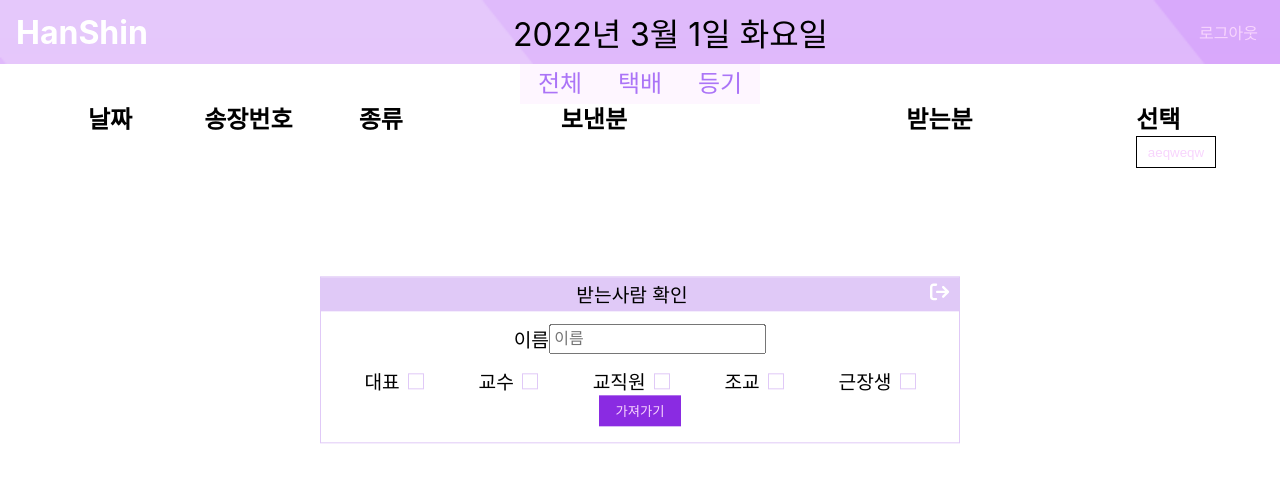
Repository: SeungYn/hanshinClient
Page: /, after clicking the first element matching `button.package_d2e76_submitBtn`
These files come from the project's save history. The page is drawn as it stood at one moment and after the next save; the edit follows.
The browser window is 1280 px wide. The pictures show the whole page.
The page's requests for data from a server got no answer. The project was rebuilt for these pictures with package versions that can differ from the ones it lists, and the page was loaded fresh each time. No one was signed in, and anything a server would have sent is missing. Also part of the build but not shown: src/App.css, src/components/item/item.jsx, src/components/addboxs/addBoxs.jsx.

Above is the page before, as saved 2022-03-01 02:55:45.

### public/index.html
<!DOCTYPE html>
<html lang="en">
  <head>
    <meta charset="utf-8" />
    <link rel="icon" href="%PUBLIC_URL%/favicon.ico" />
    <meta name="viewport" content="width=device-width, initial-scale=1" />
    <meta name="theme-color" content="#000000" />
    <meta
      name="description"
      content="Web site created using create-react-app"
    />
  </head>
  <body>
    <div id="root"></div>
  </body>
</html>

### src/index.css
html {
  height: 100%;
}
body {
  margin: 0;
  font-family: -apple-system, BlinkMacSystemFont, 'Segoe UI', 'Roboto', 'Oxygen',
    'Ubuntu', 'Cantarell', 'Fira Sans', 'Droid Sans', 'Helvetica Neue',
    sans-serif;
  -webkit-font-smoothing: antialiased;
  -moz-osx-font-smoothing: grayscale;
  height: 100%;
}
h1 {
  margin: 0;
}
code {
  font-family: source-code-pro, Menlo, Monaco, Consolas, 'Courier New',
    monospace;
}

* {
  box-sizing: border-box;
}
p,
h2 {
  margin: 0;
  padding: 0;
}

ul {
  list-style: none;
  margin: 0;
  padding: 0;
}

### src/App.jsx
import './App.css';
import Header from './components/header/header';
import Package from './components/package/package';
import { Route, Routes } from 'react-router-dom';
import AddBoxs from './components/addboxs/addBoxs';
function App() {
  return (
    <div className='app'>
      <Header />
      <Routes>
        <Route exact path='/' element={<Package />} />
        <Route exact path='/add' element={<AddBoxs />} />
      </Routes>
    </div>
  );
}

export default App;

### src/components/header/header.jsx
import React, { useEffect, useState } from 'react';
import styles from './header.module.css';

const Header = (props) => {
  const [date, setDate] = useState(new Date());
  const [month, setMonth] = useState('');
  const [year, setYear] = useState('');
  const [day, setDay] = useState('');
  const [dates, setDates] = useState('');

  useEffect(() => {
    setMonth(date.getMonth() + 1);
    switch (date.getDay()) {
      case 0:
        setDay('일');
        break;
      case 1:
        setDay('월');
        break;
      case 2:
        setDay('화');
        break;
      case 3:
        setDay('수');
        break;
      case 4:
        setDay('목');
        break;
      case 5:
        setDay('금');
        break;
      case 6:
        setDay('토');
        break;
    }
    setYear(date.getFullYear());
    setDates(date.getDate());
  }, [date, month, year, dates, day]);

  return (
    <header className={styles.headers}>
      <h1 className={styles.title}>HanShin</h1>
      <p
        className={styles.day}
      >{`${year}년 ${month}월 ${dates}일 ${day}요일`}</p>
      <nav className={styles.menu}>
        <button className={styles.menu__item}>로그아웃</button>
      </nav>
    </header>
  );
};

export default Header;

### src/components/package/package.jsx
import React, { useEffect, useState } from 'react';
import Item from '../item/item';
import ReceiverInput from '../receiverInput/receiverInput';
import styles from './package.module.css';

const Package = (props) => {
  const [item, setItem] = useState([]);

  const [selectedPackages, setSelectedPackages] = useState([]);
  const [receiverInputActivate, setReceiverInputActivate] = useState(false);

  const addList = (box) => {
    //축약 : setSelectedPackages([...selectedPackages, box]);
    const list = [...selectedPackages, box];
    setSelectedPackages(list);
  };

  const removeList = (box) => {
    const list = selectedPackages.filter((item) => {
      if (item.boxId !== box.boxId) {
        return item;
      }
    });

    setSelectedPackages(list);
  };

  const onSubmit = () => {
    console.log(selectedPackages);
    setReceiverInputActivate(true);
  };

  useEffect(() => {
    fetch('http://localhost:8080/packages/') //
      .then((data) => data.json())
      .then((data) => setItem(data));
  }, []);

  return (
    <div className={styles.package}>
      <nav className={styles.navbar}>
        <div className={styles.navbar__item}>전체</div>
        <div className={styles.navbar__item}>택배</div>
        <div className={styles.navbar__item}>등기</div>
      </nav>

      <section className={styles.contents}>
        <ul className={styles.itemList}>
          <li className={styles.items}>
            <h2 className={styles.item}>날짜</h2>
            <h2 className={styles.item}>송장번호</h2>
            <h2 className={styles.item}>종류</h2>
            <h2 className={styles.item}>보낸분</h2>
            <h2 className={styles.item}>받는분</h2>
            <h2 className={styles.item}>선택</h2>
          </li>
          {item.map((box) => (
            <Item
              key={box.boxId}
              item={box}
              addList={addList}
              removeList={removeList}
            />
          ))}
        </ul>
      </section>
      <button className={styles.submitBtn} onClick={onSubmit}>
        aeqweqw
      </button>
      {receiverInputActivate ? (
        <ReceiverInput selectedPackages={selectedPackages} />
      ) : (
        ''
      )}
    </div>
  );
};

export default Package;

### src/components/header/header.module.css
.headers {
  background: no-repeat url('./backimg.png');
  background-size: cover;
  height: 4rem;
  display: flex;
  justify-content: space-between;
  align-items: center;
  padding: 0.1rem 1rem;
}

.title {
  color: white;
}
.day {
  font-size: 2rem;
}
.menu__item {
  border: 0;
  background: none;
  font-size: 1rem;
}

### src/components/receiverInput/receiverInput.jsx
import React from 'react';
import styles from './receiverInput.module.css';
import { FontAwesomeIcon } from '@fortawesome/react-fontawesome';
import { faArrowRightFromBracket } from '@fortawesome/free-solid-svg-icons';

const ReceiverInput = ({ selectedPackages }) => {
  console.log(selectedPackages);
  return (
    <form className={styles.receiverForm}>
      <header className={styles.receiverForm__header}>
        <p className={styles.reveiverForm__header__title}>받는사람 확인</p>
        <p className={styles.reveiverForm__header__exit}>
          <FontAwesomeIcon icon={faArrowRightFromBracket}></FontAwesomeIcon>
        </p>
      </header>
      <section className={styles.receiverForm__body}>
        <div className={styles.name__group}>
          <p className={styles.input__title}>이름</p>
          <input type='text' placeholder='이름' />
        </div>
        <ul className={styles.radio__group}>
          <li className={styles.radio__label__group}>
            <label htmlFor='대표' className={styles.radio__label}>
              대표
            </label>
            <input type='radio' id='대표' name='position' value='대표' />
            <label htmlFor='대표' className={styles.checkedBox}></label>
          </li>

          <li className={styles.radio__label__group}>
            <label htmlFor='교수' className={styles.radio__label}>
              교수
            </label>
            <input type='radio' id='교수' name='position' value='교수' />
            <label htmlFor='교수' className={styles.checkedBox}></label>
          </li>
          <li className={styles.radio__label__group}>
            <label htmlFor='교직원' className={styles.radio__label}>
              교직원
            </label>
            <input type='radio' id='교직원' name='position' value='교직원' />
            <label htmlFor='교직원' className={styles.checkedBox}></label>
          </li>
          <li className={styles.radio__label__group}>
            <label htmlFor='조교' className={styles.radio__label}>
              조교
            </label>
            <input type='radio' id='조교' name='position' value='조교' />
            <label htmlFor='조교' className={styles.checkedBox}></label>
          </li>
          <li className={styles.radio__label__group}>
            <label htmlFor='근장생' className={styles.radio__label}>
              근장생
            </label>
            <input type='radio' id='근장생' name='position' value='근장생' />
            <label htmlFor='근장생' className={styles.checkedBox}></label>
          </li>
        </ul>

        <ul className={styles.packageList}>
          {selectedPackages.map((item) => (
            <li key={item.boxId}>
              <span>{item.date}</span>
              <span>{item.boxId}</span>
              <span>{item.kind}</span>
              <span>{item.sender}</span>
              <span>{item.receiver}</span>
            </li>
          ))}
        </ul>
      </section>
      <div className={styles.receiverForm__Footer}>
        <button
          type='button'
          className={`${styles.receiverBtn} ${styles.check}`}
        >
          가져가기
        </button>
      </div>
    </form>
  );
};

export default ReceiverInput;

### src/components/package/package.module.css
.package {
  width: 100%;
  height: 100%;
  display: flex;
  flex-direction: column;
  align-items: center;
}

.navbar {
  display: flex;
  justify-content: center;
  color: #ab74f7;
  width: 100%;
}

.navbar__item {
  text-align: center;
  line-height: 1.5rem;
  font-size: 1.5rem;
  flex-basis: 5rem;
  background-color: #fef6ff;
  padding: 0.5rem;
}

.navbar__item:hover {
  background-color: #ab74f7;
  color: #fef6ff;
  cursor: pointer;
}

.itemList {
  height: 100%;
  display: grid;
  grid-auto-rows: minmax(2rem, auto);
}

.items {
  display: grid;
  grid-template-columns: 8% 16% 7% 30% 30% 8%;
  height: 2rem;
}

h2 {
  text-align: center;
  line-height: 2rem;
}

.contents {
  width: 90%;
}

.submitBtn {
  align-self: flex-end;
  margin-right: 5%;
  border: 1px solid black;
  height: 2rem;
  width: 5rem;
}

.submitBtn:hover {
  cursor: pointer;
}

### src/components/addboxs/addBoxs.module.css
input:focus {
  outline: none;
}

.addContainer {
  width: 100%;
  height: 100%;
  display: flex;
  flex-direction: column;
  align-items: center;
}

.addFormHeader {
  width: 100%;
  display: grid;
  grid-template-columns: 8% 12% 4% 24% 24% 10% 7% 7% 2%;
  justify-content: center;
  color: #8541f6;
  column-gap: 0.2rem;
}

.item {
  font-size: 1rem;
}

.addForm {
  width: 100%;
  height: 100%;
  padding: 1rem;
}
/* 8% 10% 5% 27% 27% 8% 7% 7%; */
.items {
  display: grid;
  grid-template-columns: 8% 12% 4% 24% 24% 10% 7% 7% 2%;
  align-items: center;
  column-gap: 0.2rem;
  margin-top: 0.5rem;
}
.minus {
  padding: 0;
}

input[type='text'] {
  height: 1.8rem;
  font-size: 1rem;
  padding: 0.8rem 0.2rem;
}

.countText {
  border: 1px solid #8541f6;
}

button {
  background-color: transparent;
  border: none;
  color: #f8d5fd;
}
.bottom {
  height: 100%;
  width: 100%;
  display: flex;
  justify-content: space-between;
  padding: 0 1rem;
}
.bottomBtn {
  display: flex;
}

.bottom::before {
  content: '.';
  color: transparent;
}

.addBtn:hover {
  cursor: pointer;
  color: #e5a3ff;
}

.sendBtn {
  font-size: 1rem;
}

.test {
  width: 112px;
}

### src/components/item/item.module.css
.items {
  display: grid;
  grid-template-columns: 8% 17% 7% 30% 30% 8%;
  align-items: center;
  border: 1px solid black;
}

.items p:not(:last-child) {
  border-right: 1px solid black;
  height: 100%;
  display: flex;
  align-items: center;
  justify-content: center;
}

.items:hover {
  background-color: #fef6ff;
}

p {
  /* 크기를 넘기면 자동으로 줄바꿈 */
  text-align: center;
  overflow-wrap: break-word;
  font-size: 1.2rem;
}

.selectBtn {
  color: white;
  background-color: #ab74f7;
  width: 100%;
  height: 100%;
}

.selected {
  background-color: black;
}

.unSelected {
  background-color: #ab74f7;
}

.selectBtn:hover {
  cursor: pointer;
}

### src/components/receiverInput/receiverInput.module.css
.receiverForm {
  /* #e0c9f7 */
  background-color: white;
  width: 50%;
  position: fixed;
  top: 50%;
  left: 50%;
  transform: translate(-50%, -50%);
  display: flex;
  flex-direction: column;
  align-items: center;
  border: 1px solid #e0c9f7;
}

.receiverForm__header {
  background-color: #e0c9f7;
  position: relative;
  display: flex;
  justify-content: center;
  padding: 0.2rem 0;
  width: 100%;
}
.reveiverForm__header__title {
  margin-right: 1rem;
}
.reveiverForm__header__exit {
  position: absolute;
  right: 10px;
  color: white;
}

.receiverForm__body {
  padding: 0px 1rem;
  width: 100%;
  display: flex;
  flex-direction: column;
  align-items: center;
}

.radio__group {
  display: flex;
  font-size: 1.2rem;
  justify-content: space-around;
  width: 100%;
  margin-top: 0.8rem;
  align-items: center;
}

input[type='radio'] {
  display: none;
}

.checkedBox {
  display: block;
  border: 1px solid #e0c9f7;
  background-color: white;
  margin-left: 0.5rem;
  width: 1rem;
  height: 1rem;
  display: flex;
  justify-content: center;
  align-items: center;
}

.checkedBox:after {
  content: '';
  display: block;

  width: 0.6rem;
  height: 0.6rem;
}

input[type='radio']:checked + .checkedBox:after {
  background-color: #a376ef;
}

.radio__label__group {
  display: flex;
  align-items: center;
}

.name__group {
  display: flex;
  margin-top: 0.8rem;
  align-items: center;
}

.receiverForm__Footer {
  margin-bottom: 1rem;
}

.packageList {
  width: 90%;
  background-color: white;
  max-height: 50%;
  overflow: scroll;
}

.check {
  padding: 0.4rem 1rem;
  background-color: blueviolet;
}

.cancel {
  background-color: #e0bff7;
}

Loaded but not shown: src/index.js (common file)

After the next save:
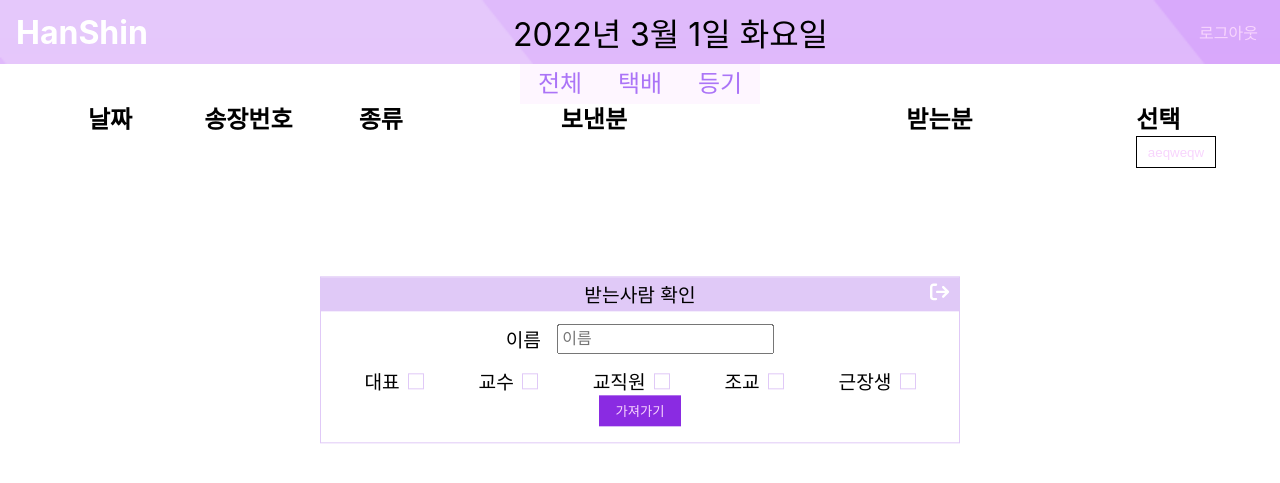
Saved 12 s later.
--- a/src/components/receiverInput/receiverInput.module.css
+++ b/src/components/receiverInput/receiverInput.module.css
@@ -20,7 +20,7 @@
   padding: 0.2rem 0;
   width: 100%;
 }
-.reveiverForm__header__title {
+.input__title {
   margin-right: 1rem;
 }
 .reveiverForm__header__exit {
